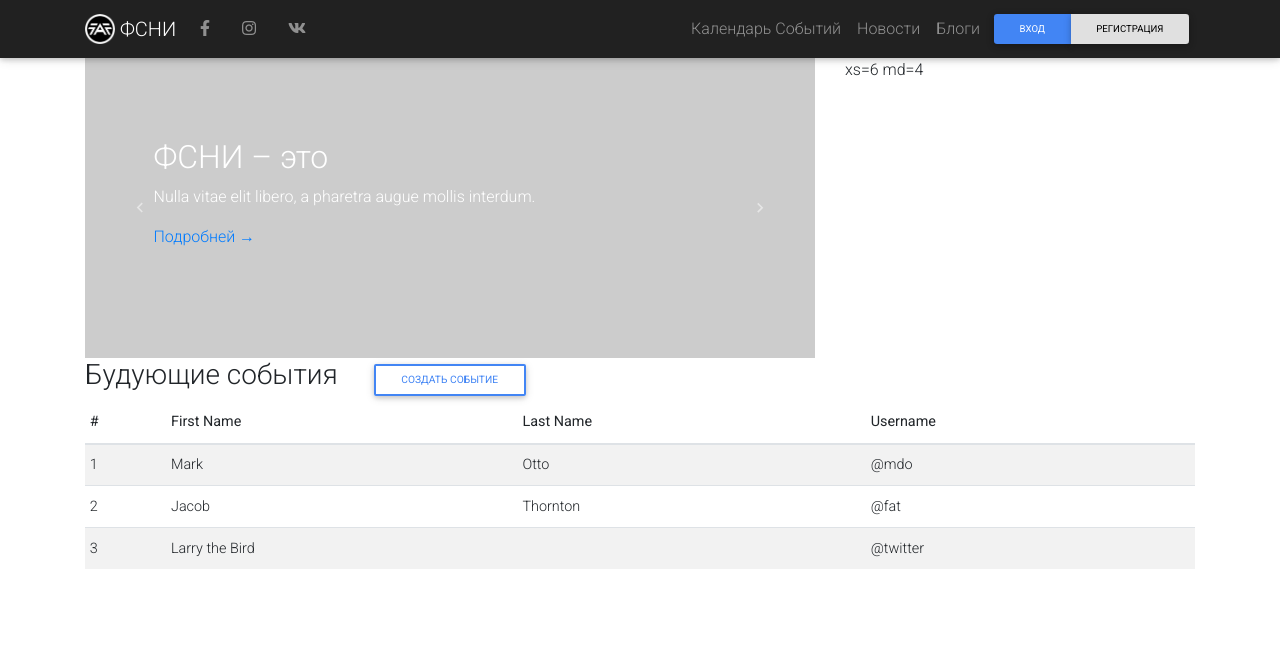
Repository: alexey1986/fsni_test
Page: /
An editor plug-in stored every save of this project. The page is shown before and after the next save, followed by the edit.
The browser window is 1280 px wide. The pictures show the whole page.
The project was rebuilt for these pictures with package versions that can differ from the ones it lists, and the page was loaded fresh each time. Also part of the build but not shown: src/pages/calendar.jsx, src/pages/news.jsx, src/pages/blogs.jsx.

Above is the page before, as saved 2020-08-29 10:24:35.

After the next save:
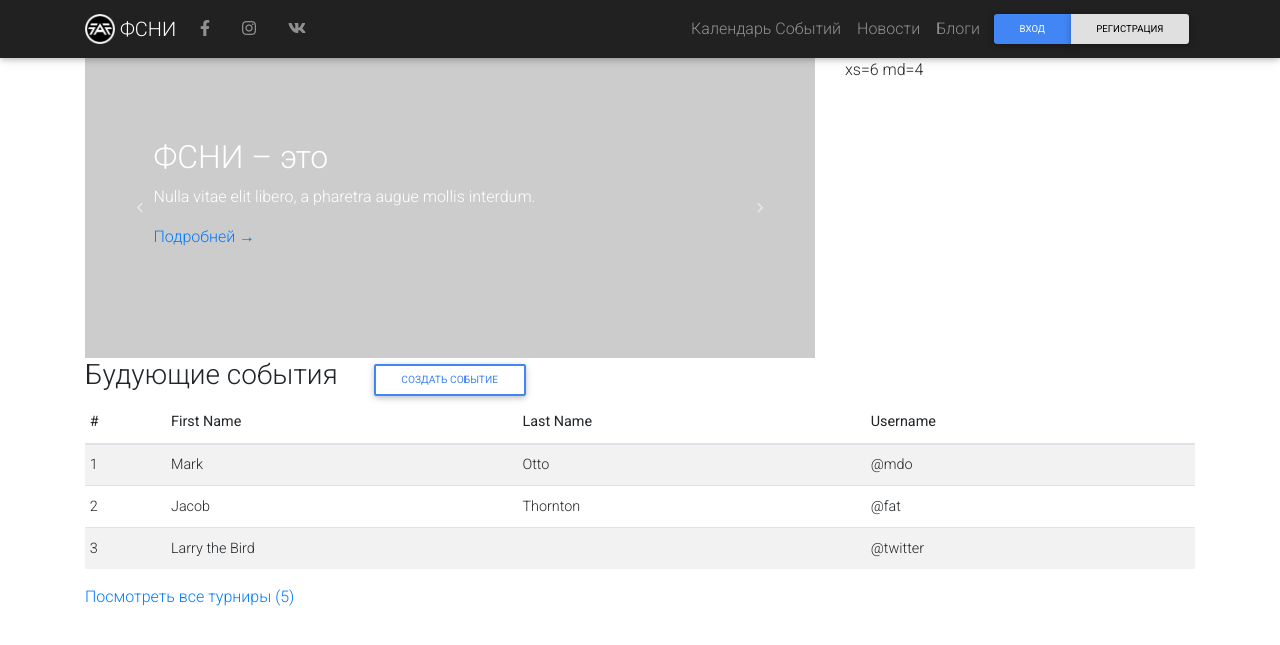
Saved 43 s later.
--- a/src/pages/home.jsx
+++ b/src/pages/home.jsx
@@ -1,6 +1,9 @@
 import React from 'react';
 import { Container, Row, Col, Button, Table } from 'react-bootstrap';
 import CarouselComponent from '../components/carousel/Carousel';
+
+
+import { Link } from "react-router-dom";
 
 const Home = () => {
     return (
@@ -55,6 +58,11 @@
                         </tr>
                     </tbody>
                 </Table>
+
+                <Link to='/'>Посмотреть все турниры (5)</Link>
+
+
+
             </section>
         </Container>
     )
